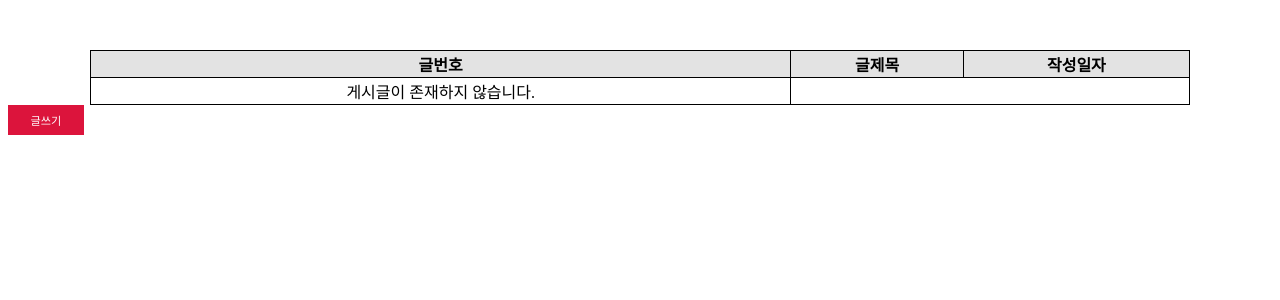
Repository: minkyung0421/NMT_Project
Page: http://localhost/MyPage_Project/list.jsp
An editor plug-in stored every save of this project. The page is shown before and after the next save, followed by the edit.
The browser window is 1280 px wide. The pictures show the whole page.
The page is served by Tomcat 9. Queries for data that is not in the repository find no rows.

Above is the page before, as saved 2018-08-30 19:09:46.

### NMT_Project/MyPage_Project/WebContent/list.jsp
<%@ page language="java" contentType="text/html; charset=UTF-8"
    pageEncoding="UTF-8"%>
<%@ page import="java.sql.*" %>
<!DOCTYPE html PUBLIC "-//W3C//DTD HTML 4.01 Transitional//EN" "http://www.w3.org/TR/html4/loose.dtd">
<html>
<head>
<meta http-equiv="Content-Type" content="text/html; charset=UTF-8">
<title>List</title>
<style>

      .body{

        width:1100px;

        margin:50px auto 0;

        text-align: center;

      }



      .body, .body td, .body th{ border-collapse: collapse; border:1px solid black; box-sizing: border-box;}

      .body th{background-color: #e3e3e3;}

      .Btn{margin:30px auto 0; width:100px;}

      button{
        background:crimson;
        color:#fff;
        border:none;
        position:relative;
        height:30px;
        font-size:0.7em;
        padding:0 2em;
        cursor:pointer;
        transition:800ms ease all;
        outline:none;
      }
      button:hover{
        background:#fff;
        color:crimson;
      }
      button:before,button:after{
        content:'';
        position:absolute;
        top:0;
        right:0;
        height:2px;
        width:0;
        background: crimson;
        transition:400ms ease all;
      }
      button:after{
        right:inherit;
        top:inherit;
        left:0;
        bottom:0;
      }
      button:hover:before,button:hover:after{
        width:100%;
        transition:800ms ease all;
      }



</style>
</head>
<body>
<%

	Class.forName("com.mysql.jdbc.Driver"); //mysql연동
	String url = "jdbc:mysql://localhost:3306/blog"; //mysql 데이터베이스명
	String mysql_id = "root"; //mysql id
	String mysql_pw = "1234"; //mysql pw
	int total = 0;

	try{
		Connection conn = DriverManager.getConnection(url, mysql_id, mysql_pw);
		Statement stmt = conn.createStatement();
		String totalSql = "select count(*) from board;"; //총 글 갯수
		ResultSet rs = stmt.executeQuery(totalSql);

		if(rs.next()){
			total = rs.getInt(1);
		}

		String listSql = "select board_no, board_title, board_date from board;"; //전체리스트
		rs = stmt.executeQuery(listSql);

		//오류가 없을 시
		%>
		<table class = "body">
			<tr>
				<th>글번호</th>
				<th>글제목</th>
				<th>작성일자</th>
			<tr>
			<%
			if(total==0){
			%>
			<tr>
				<td>게시글이 존재하지 않습니다.</td>
			</tr>
			<%
			//total이 0이 아닐때
			}else{
				while(rs.next()){
					int board_no = rs.getInt(1);
					String board_title = rs.getString(2);
					String board_date = rs.getString(3);

					//리스트 출력
			%>
			<tr>
				<td><%=board_no %></td>
				<td><a href="Detail.jsp?board_no=<%=board_no%>"><%= board_title %></a></td>
				<td><%= board_date %></td>
			</tr>
			<%
				}
			}
			rs.close();
			conn.close();
			stmt.close();
	}catch(SQLException e){
		out.println(e.toString());
	}
%>
</table>

<a href = "Write.jsp"><button>글쓰기</button></a>
</body>
</html>

After the next save:
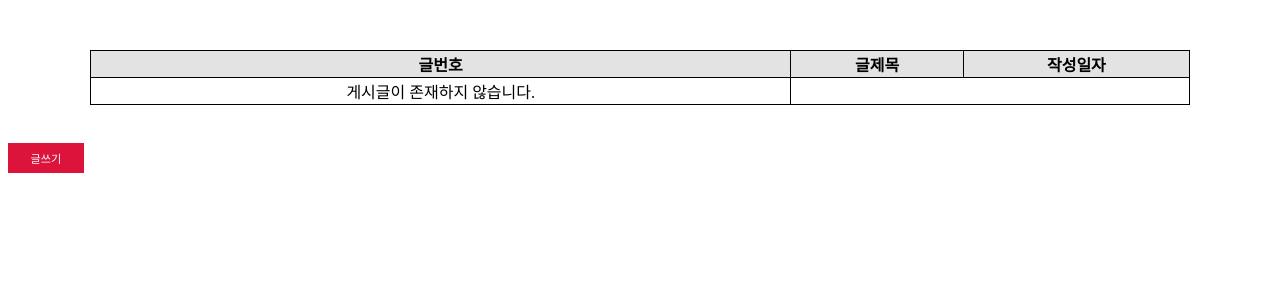
Saved 74 s later.
--- a/NMT_Project/MyPage_Project/WebContent/list.jsp
+++ b/NMT_Project/MyPage_Project/WebContent/list.jsp
@@ -130,6 +130,6 @@
 %>
 </table>
 
-<a href = "Write.jsp"><button>글쓰기</button></a>
+<a href = "Write.jsp"><button style = "margin-top:3%;">글쓰기</button></a>
 </body>
 </html>
